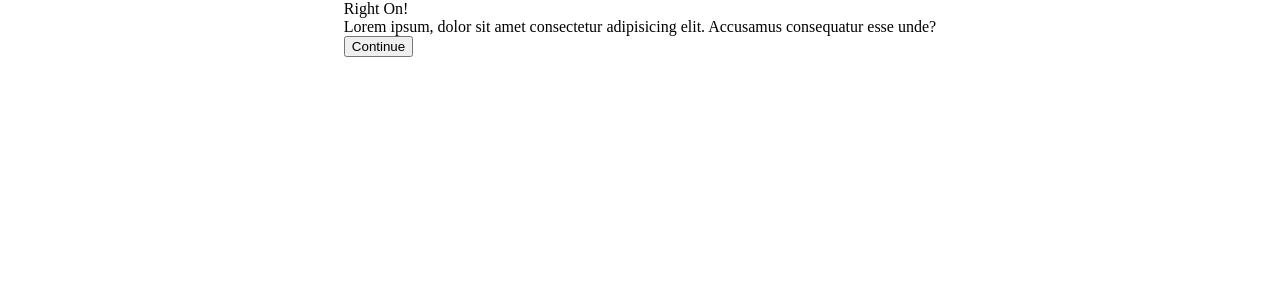
Repository: giahuy405/flash_message_BEM
Page: index.html
An editor plug-in stored every save of this project. The page is shown before and after the next save, followed by the edit.
The browser window is 1280 px wide. The pictures show the whole page.

Above is the page before, as saved 2022-09-06 02:05:14.

After the next save:
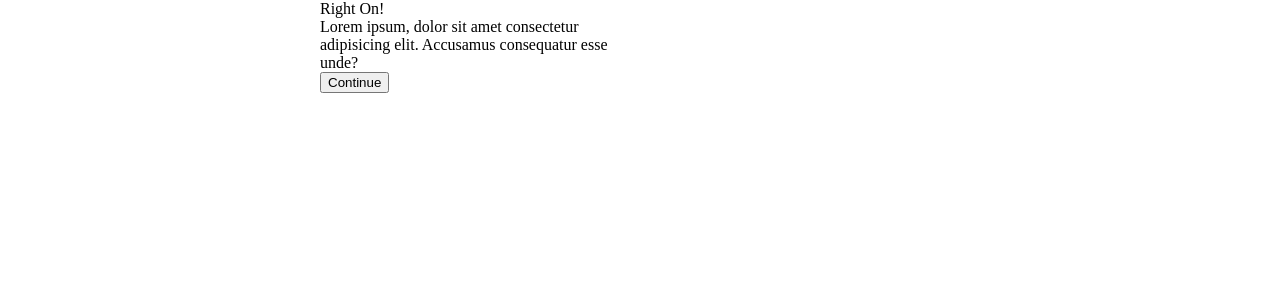
Saved 49 s later.
--- a/css/index.css
+++ b/css/index.css
@@ -5,10 +5,14 @@
     padding: 0;
     margin: 0;
 }
+.clear{
+    clear: both;
+}
 .container{
     width: 50%;
     margin: 0 auto;
-    display: flex;
-    justify-content: center;
-    align-items: center;
 }
+.flash-message{
+    float: left;
+    width: 50%;
+}
